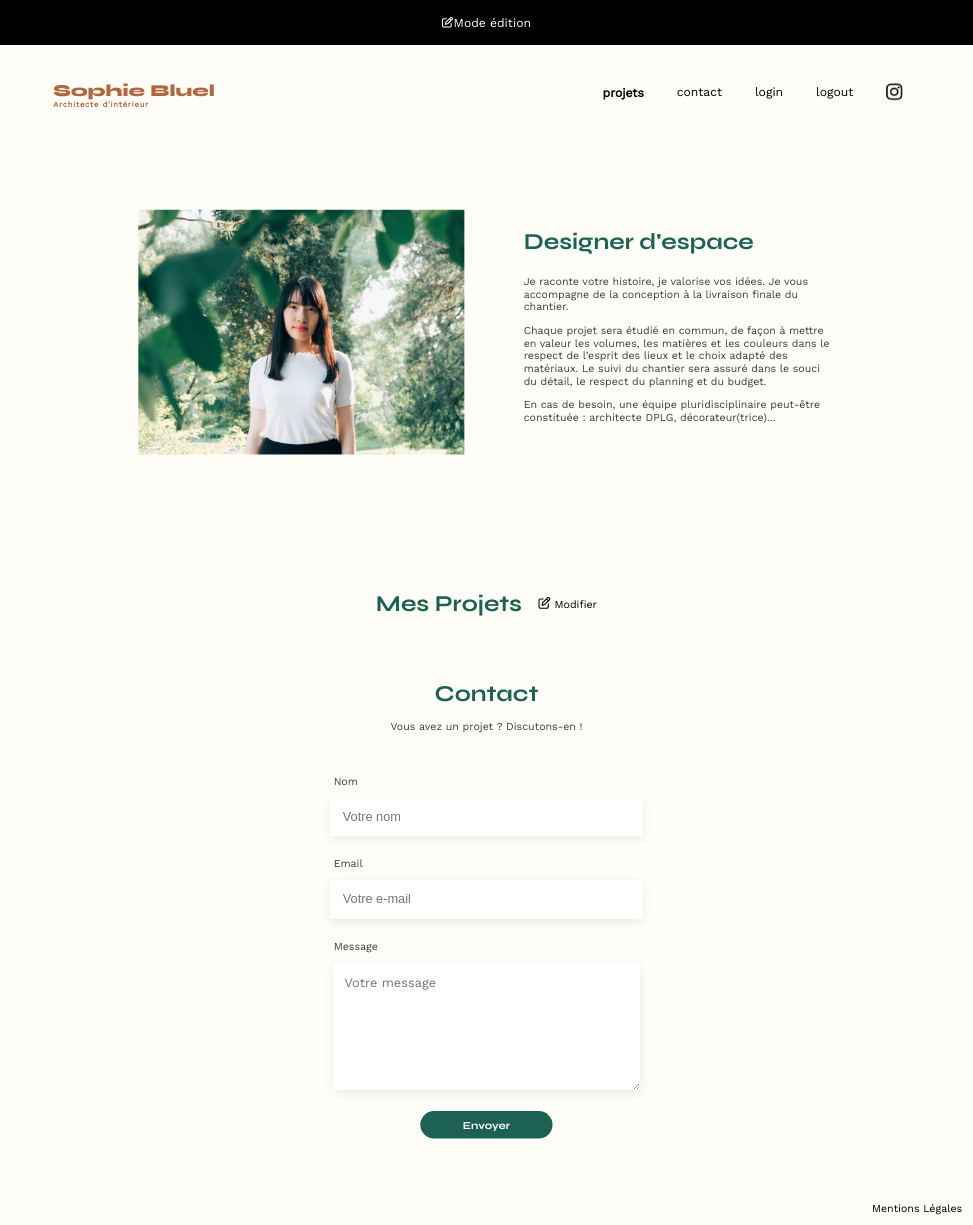
Repository: BlueSoley23/openclassrooms
Page: FrontEnd/index.html
The author's editor kept a copy of each file at every save. The page is drawn from the files as they stood at one save, then again after the next save.
The browser window is 1280 px wide. The pictures show the whole page, at 76% of full size.
The page's requests for data from a server got no answer.

Above is the page before, as saved 2023-12-21 07:01:40.
Console error: TypeError: categories is not iterable

After the next save:
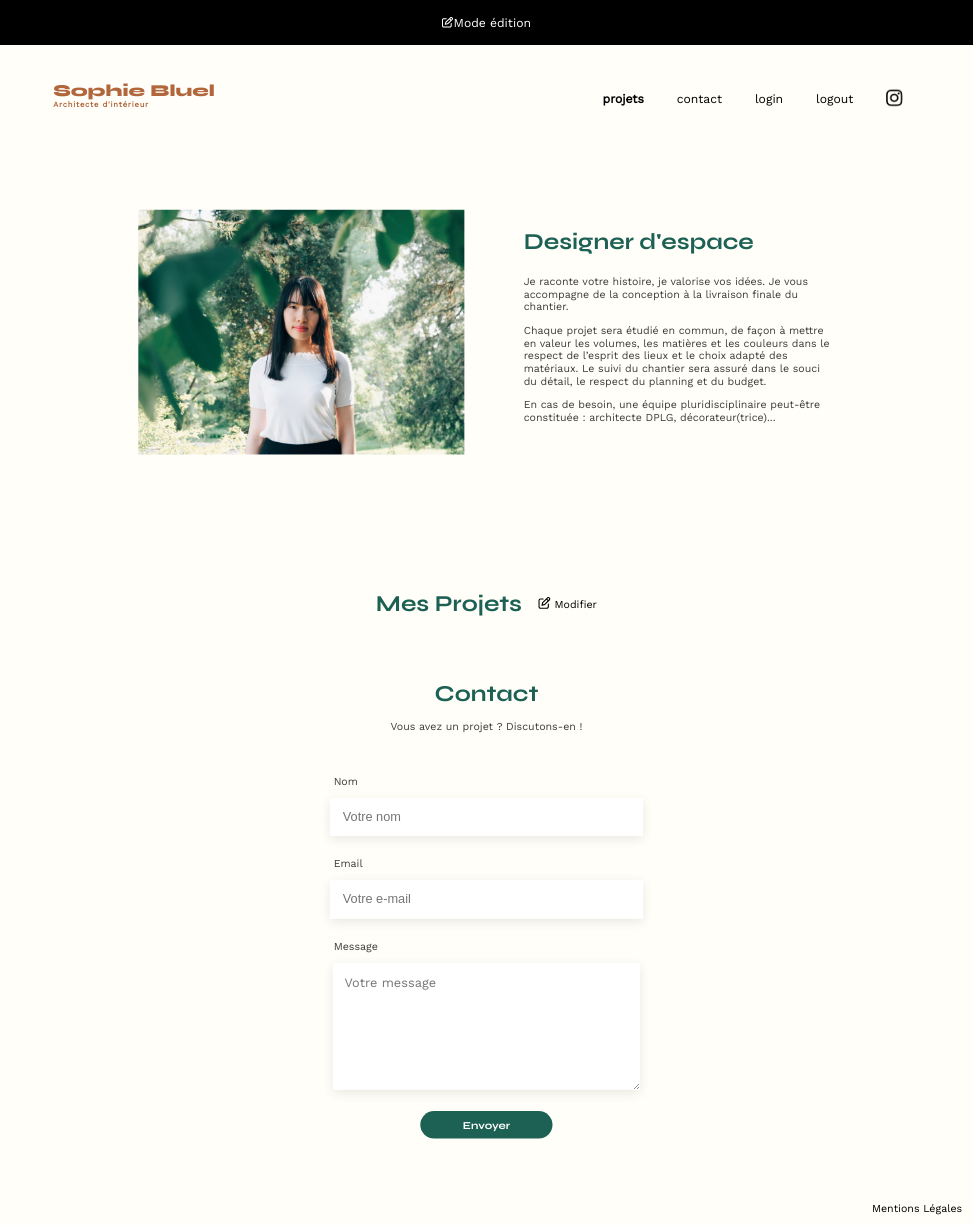
Saved 17 s later.
--- a/FrontEnd/assets/css/style.css
+++ b/FrontEnd/assets/css/style.css
@@ -567,11 +567,10 @@
 	}
 
 	.header-block {
-		margin-top: 59px;.modifier-link__content {
+		margin-top: 59px;
 			display: flex;
 			justify-content: flex-end;
 			align-items: flex-end;
-		}
 		display: flex;
 		justify-content: space-between;
 	  }
